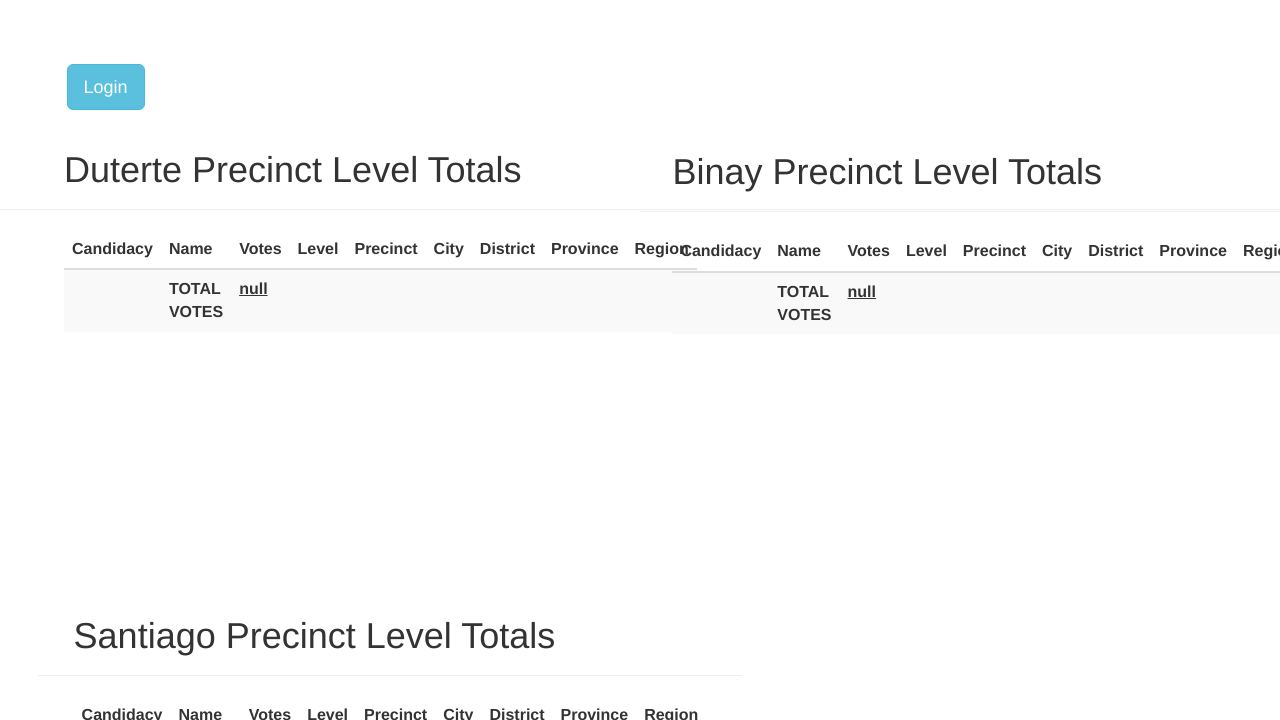
Repository: acbalutan/softdev-cencas-team_apink
Page: http://localhost/AES/
These files come from the project's save history. The page is drawn as it stood at one moment and after the next save; the edit follows.
The browser window is 1280 px wide. The pictures show the whole page.
The page is served by Tomcat 9. Other server files are loaded and not shown. Queries for data that is not in the repository find no rows.

Above is the page before, as saved 2016-02-26 11:11:24.
Console error (its wording comes from the project's code and is left out).

### workspace/AES/WebContent/index.jsp
<html>
<head>
	<link rel="stylesheet" href="bootstrap/bootstrap.min.css">
	<script type="text/javascript" src="bootstrap/js/bootstrap.min.js"></script>
</head>
<body>

<form action="login.jsp" style="padding-left: 5.2%;padding-top: 5%;">
    <button type="submit" class="btn btn-lg btn-info">Login</button>
</form>


<%@ page import="java.sql.*" %>
<%@ page import="bean.Provider" %>
<%@ page import="bean.PileBean" %>
<%@ page import="bean.Counter" %>

<%

Class.forName("org.sqlite.JDBC");
Connection conn = DriverManager.getConnection("jdbc:sqlite:D:/Eclipse/db/aes.db");
Statement stat = conn.createStatement();

%>
<div class="page-header" style="padding-left: 5%;">
	<h1>Duterte Precinct Level Totals</h1>
</div>

<div class="col-md-6" style="padding-left: 5%;">
	<table class="table table-striped">
    	<thead>
              <tr>
                <th>Candidacy</th>
                <th>Name</th>
                <th>Votes</th>
                <th>Level</th>
                <th>Precinct</th>
                <th>City</th>
                <th>District</th>
                <th>Province</th>
                <th>Region</th>
              </tr>
		</thead>
		<tbody>
			<%
			ResultSet duterte = stat.executeQuery("SELECT * FROM tapat WHERE name='Rodrigo Duterte';");
			while (duterte.next()) {
			    %>
			    	<tr>
			    		<td><%= duterte.getString("candidacy") %></td>
			    		<td><%= duterte.getString("name") %></td>
			    		<td><%= duterte.getString("vote") %></td>
			    		<td><%= duterte.getString("level") %></td>
			    		<td><%= duterte.getString("precinct") %></td>
			    		<td><%= duterte.getString("city") %></td>
			    		<td><%= duterte.getString("district") %></td>
			    		<td><%= duterte.getString("province") %></td>
			    		<td><%= duterte.getString("region") %></td>
			    	</tr>
			    <%
			}
			duterte.close();

			ResultSet totalduterte = stat.executeQuery("SELECT SUM(vote) as 'TOTALVOTES' FROM tapat WHERE name='Rodrigo Duterte';");
			%>
				<tr>
					<td></td>
					<td><strong>TOTAL VOTES</strong></td>
					<td style="text-decoration: underline;"><strong> <%= totalduterte.getString("TOTALVOTES") %> </strong></td>
					<td></td>
					<td></td>
					<td></td>
					<td></td>
					<td></td>
					<td></td>
				</tr>
			<% totalduterte.close(); %>
    	</tbody>
	</table>
</div>

<div style="position: absolute; top: 15.6%; left: 50%;">
	<div class="page-header" style="padding-left: 5%;">
		<h1>Binay Precinct Level Totals</h1>
	</div>

	<div class="col-md-6" style="padding-left: 5%;">
		<table class="table table-striped">
	    	<thead>
	              <tr>
	                <th>Candidacy</th>
	                <th>Name</th>
	                <th>Votes</th>
	                <th>Level</th>
	                <th>Precinct</th>
	                <th>City</th>
	                <th>District</th>
	                <th>Province</th>
	                <th>Region</th>
	              </tr>
			</thead>
			<tbody>
				<%
				ResultSet binay = stat.executeQuery("SELECT * FROM tapat WHERE name='Jejomar Binay';");
				while (binay.next()) {
				    %>
				    	<tr>
				    		<td><%= binay.getString("candidacy") %></td>
				    		<td><%= binay.getString("name") %></td>
				    		<td><%= binay.getString("vote") %></td>
				    		<td><%= binay.getString("level") %></td>
				    		<td><%= binay.getString("precinct") %></td>
				    		<td><%= binay.getString("city") %></td>
				    		<td><%= binay.getString("district") %></td>
				    		<td><%= binay.getString("province") %></td>
				    		<td><%= binay.getString("region") %></td>
				    	</tr>
				    <%
				}
				binay.close();

				ResultSet totalbinay = stat.executeQuery("SELECT SUM(vote) as 'TOTALVOTES' FROM tapat WHERE name='Jejomar Binay';");
				%>
					<tr>
						<td></td>
						<td><strong>TOTAL VOTES</strong></td>
						<td style="text-decoration: underline;"><strong> <%= totalbinay.getString("TOTALVOTES") %> </strong></td>
						<td></td>
						<td></td>
						<td></td>
						<td></td>
						<td></td>
						<td></td>
					</tr>
				<% totalbinay.close(); %>
	    	</tbody>
		</table>
	</div>
</div>

<div style="position: absolute; top: 80%; left: 3%;">
	<div class="page-header" style="padding-left: 5%;">
		<h1>Santiago Precinct Level Totals</h1>
	</div>

	<div class="col-md-6" style="padding-left: 5%;">
		<table class="table table-striped">
	    	<thead>
	              <tr>
	                <th>Candidacy</th>
	                <th>Name</th>
	                <th>Votes</th>
	                <th>Level</th>
	                <th>Precinct</th>
	                <th>City</th>
	                <th>District</th>
	                <th>Province</th>
	                <th>Region</th>
	              </tr>
			</thead>
			<tbody>
				<%
				ResultSet santiago = stat.executeQuery("SELECT * FROM tapat WHERE name='Miriam Santiago';");
				while (binay.next()) {
				    %>
				    	<tr>
				    		<td><%= santiago.getString("candidacy") %></td>
				    		<td><%= santiago.getString("name") %></td>
				    		<td><%= santiago.getString("vote") %></td>
				    		<td><%= santiago.getString("level") %></td>
				    		<td><%= santiago.getString("precinct") %></td>
				    		<td><%= santiago.getString("city") %></td>
				    		<td><%= santiago.getString("district") %></td>
				    		<td><%= santiago.getString("province") %></td>
				    		<td><%= santiago.getString("region") %></td>
				    	</tr>
				    <%
				}
				santiago.close();

				ResultSet totalsantiago = stat.executeQuery("SELECT SUM(vote) as 'TOTALVOTES' FROM tapat WHERE name='Miriam Santiago';");
				%>
					<tr>
						<td></td>
						<td><strong>TOTAL VOTES</strong></td>
						<td style="text-decoration: underline;"><strong> <%= totalsantiago.getString("TOTALVOTES") %> </strong></td>
						<td></td>
						<td></td>
						<td></td>
						<td></td>
						<td></td>
						<td></td>
					</tr>
				<% totalsantiago.close(); %>
	    	</tbody>
		</table>
	</div>
</div>
<%	stat.close();
	conn.close();	%>

</body>
</html>

Loaded but not shown: workspace/AES/WebContent/bootstrap/bootstrap.min.css (library); workspace/AES/WebContent/bootstrap/bootstrap.min.js (library)

After the next save:
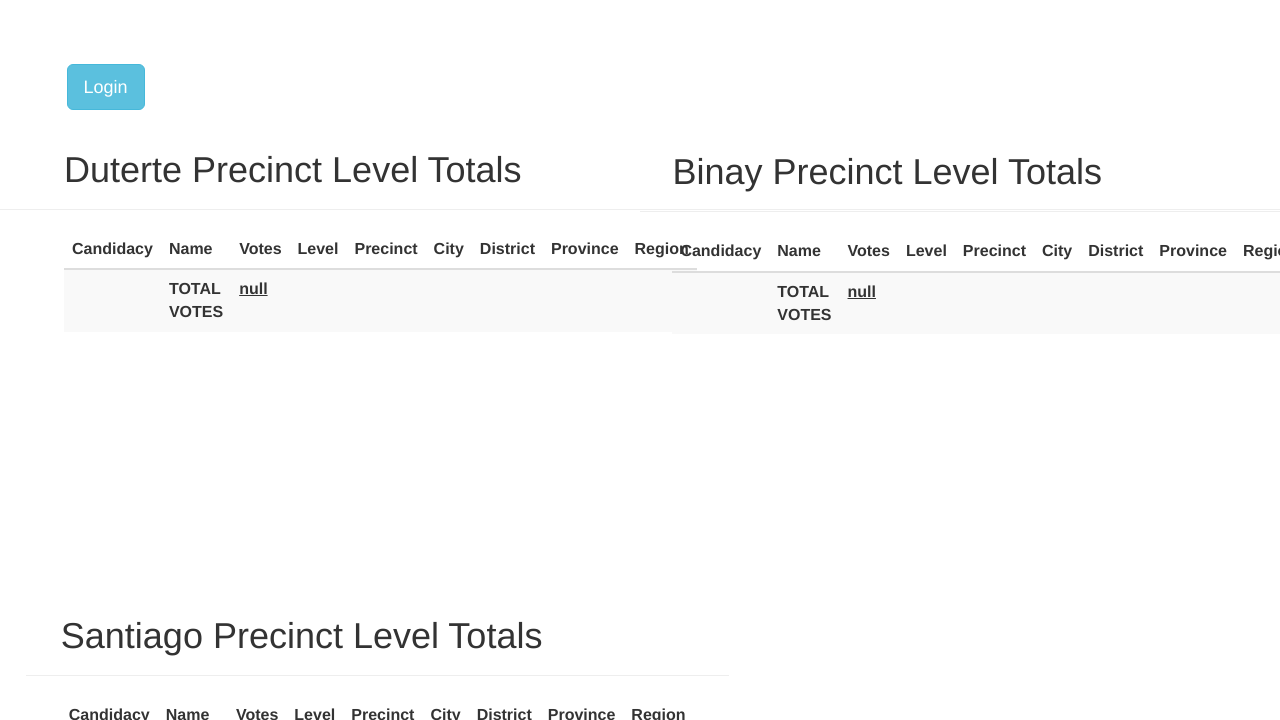
Saved 2 min 45 s later.
--- a/workspace/AES/WebContent/index.jsp
+++ b/workspace/AES/WebContent/index.jsp
@@ -138,7 +138,7 @@
 	</div>
 </div>
 
-<div style="position: absolute; top: 80%; left: 3%;">
+<div style="position: absolute; top: 80%; left: 2%;">
 	<div class="page-header" style="padding-left: 5%;">
 		<h1>Santiago Precinct Level Totals</h1>
 	</div>
